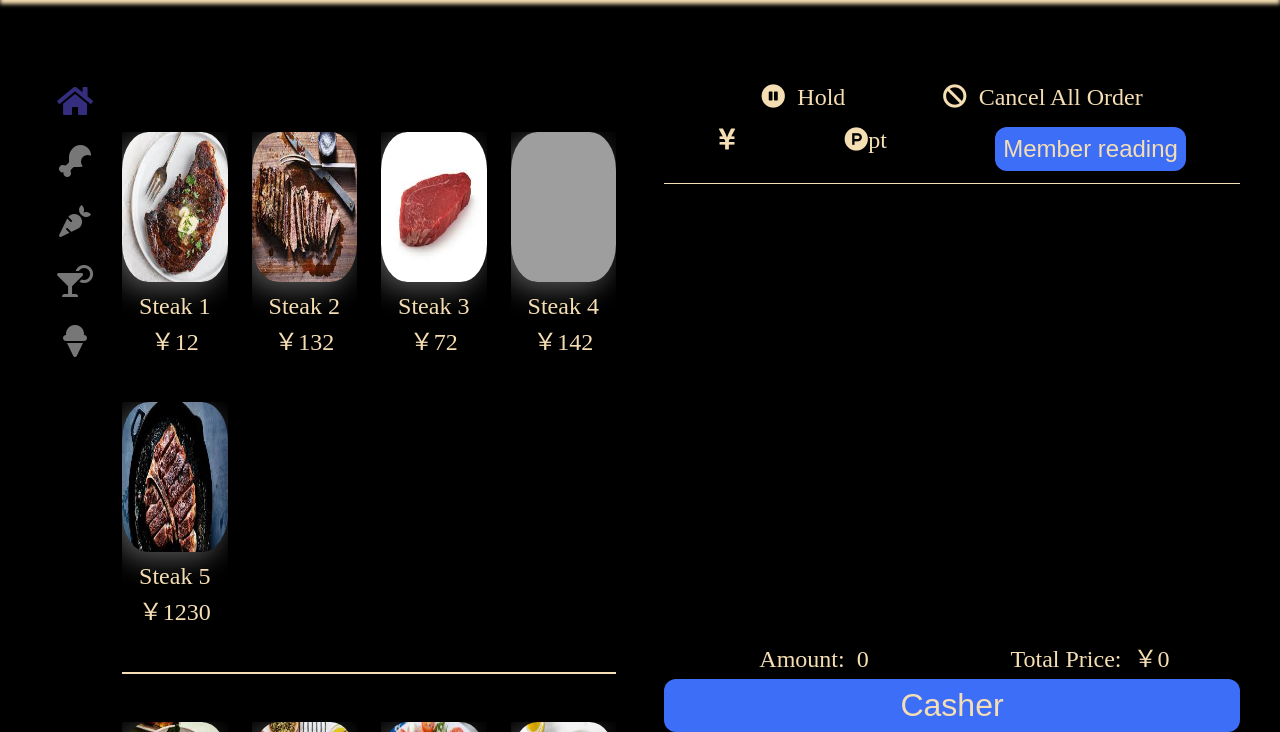
Repository: vuhungson158/Menu
Page: /
An editor plug-in stored every save of this project. The page is shown before and after the next save, followed by the edit.
The browser window is 1280 px wide. The pictures show the whole page.
Pictures or frames that could not be fetched are drawn as grey boxes. An inner scrolling area shows only its first screen. The project was rebuilt for these pictures with package versions that can differ from the ones it lists, and the page was loaded fresh each time. Also part of the build but not shown: src/component/mainMenu/orderBlock/orderContent/OrderedItem.jsx, src/redux-store/actions/HoldActions.jsx, src/component/mainMenu/orderBlock/utilities/HoldItem.jsx.

Above is the page before, as saved 2021-08-22 19:04:40.

After the next save:
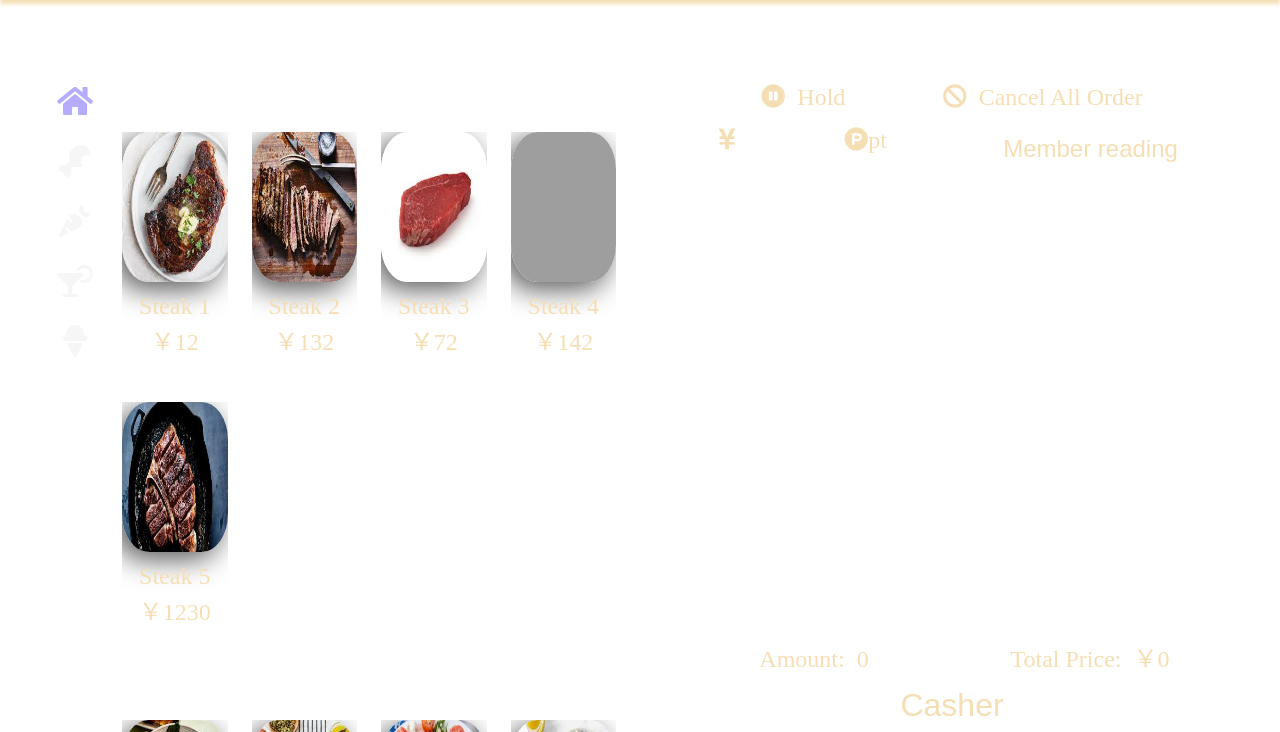
Saved 113 s later.
--- a/src/styles/App.scss
+++ b/src/styles/App.scss
@@ -56,7 +56,7 @@ body {
     left: 0;
     right: 0;
     z-index: $navbar_z-index;
-    background-color: $background-color_1st;
+    background-color: var(--background-color_1st);
     color: var(--color_1st);
     box-shadow: 0 4px 4px 0 var(--color_1st);
     transition: 0.5s;
@@ -97,7 +97,7 @@ body {
                 width: 36px;
                 height: 4px;
                 margin-bottom: 6px;
-                background-color: $background-color_2nd;
+                background-color: var(--background-color_2nd);
                 border-radius: 10%;
                 z-index: 1;
                 transform-origin: 0 0;
@@ -129,7 +129,7 @@ body {
             border-radius: 5%;
             overflow: hidden;
             padding: 12px;
-            background-color: $background-color_1st;
+            background-color: var(--background-color_1st);
             cursor: auto;
             animation: dropDown 0.2s;
             li {
@@ -148,7 +148,7 @@ body {
                     --size: 40px;
                     margin-left: 12px;
                     -webkit-appearance: none;
-                    background-color: $background-color_5th;
+                    background-color: var(--background-color_5th);
                     opacity: 0.8;
                     width: calc(2 * var(--size));
                     height: calc(1 * var(--size));
@@ -165,15 +165,15 @@ body {
                         border-radius: 50%;
                         top: 0;
                         left: 0;
-                        background-color: $background-color_2nd;
+                        background-color: var(--background-color_2nd);
                         box-shadow: 0 2px 5px rgba(0, 0, 0, 0.2);
                         transition: 0.2s;
                     }
                     &:checked {
-                        background-color: $background-color_4th;
+                        background-color: var(--background-color_4th);
                         &::before {
                             left: calc(1 * var(--size));
-                            background-color: $background-color_6th;
+                            background-color: var(--background-color_6th);
                         }
                     }
                 }
@@ -183,7 +183,7 @@ body {
 }
 
 #main-menu {
-    background-color: $background-color_1st;
+    background-color: var(--background-color_1st);
     padding-top: $navbar_height;
     min-height: 100vh;
     .container {
@@ -204,7 +204,7 @@ body {
                     top: 0;
                     bottom: 0;
                     width: var(--side-nav_width);
-                    background: $background-color_1st;
+                    background: var(--background-color_1st);
                     overflow: hidden;
                     transition: width 0.2s;
                     z-index: 1;
@@ -272,7 +272,7 @@ body {
                         flex-wrap: wrap;
                         margin-left: calc(-1 * var(--spacing));
                         margin-top: calc(2 * var(--spacing));
-                        border-bottom: 2px solid $background-color_2nd;
+                        border-bottom: 2px solid var(--background-color_2nd);
                         .food-item {
                             overflow: hidden;
                             margin-left: var(--spacing);
@@ -285,7 +285,7 @@ body {
                             transition: 0.2s;
                             font-size: 1.5rem;
                             &:hover .food-img {
-                                box-shadow: 7px -7px 28px 0 $background-color_3rd;
+                                box-shadow: 7px -7px 28px 0 var(--background-color_3rd);
                             }
                             .food-img {
                                 height: 150px;
@@ -324,8 +324,8 @@ body {
                         left: 0;
                         width: 100%;
                         z-index: 100;
-                        background-color: $background-color_1st;
-                        border: 1px solid $background-color_2nd;
+                        background-color: var(--background-color_1st);
+                        border: 1px solid var(--background-color_2nd);
                         cursor: default;
                         text-align: center;
                         margin-top: 24px;
@@ -334,7 +334,7 @@ body {
                             color: var(--color_1st);
                         }
                         thead {
-                            background-color: $background-color_4th;
+                            background-color: var(--background-color_4th);
                             td {
                                 color: var(--color_1st);
                                 padding: 6px 0;
@@ -351,7 +351,7 @@ body {
                                 }
                                 &:hover {
                                     color: var(--color_3rd);
-                                    border: 1px solid $background-color_2nd;
+                                    border: 1px solid var(--background-color_2nd);
                                 }
                             }
                         }
@@ -364,11 +364,11 @@ body {
                     font-size: 1.5rem;
                     margin-top: 18px;
                     padding-bottom: 12px;
-                    border-bottom: 1px solid $background-color_2nd;
+                    border-bottom: 1px solid var(--background-color_2nd);
                     .member-reading {
                         border-radius: 12px;
                         border: 0;
-                        background-color: $background-color_4th;
+                        background-color: var(--background-color_4th);
                         color: var(--color_1st);
                         padding: 8px;
                         &:hover {
@@ -420,7 +420,7 @@ body {
                                         font-size: 2rem;
                                         border-radius: 24px;
                                         border: 0;
-                                        background-color: $background-color_1st;
+                                        background-color: var(--background-color_1st);
                                         color: var(--color_4th);
                                         padding: 8px;
                                         &:hover {
@@ -462,7 +462,7 @@ body {
                 #casher-btn {
                     border-radius: 12px;
                     border: 0;
-                    background-color: $background-color_4th;
+                    background-color: var(--background-color_4th);
                     color: var(--color_1st);
                     padding: 8px;
                     font-size: 2rem;
